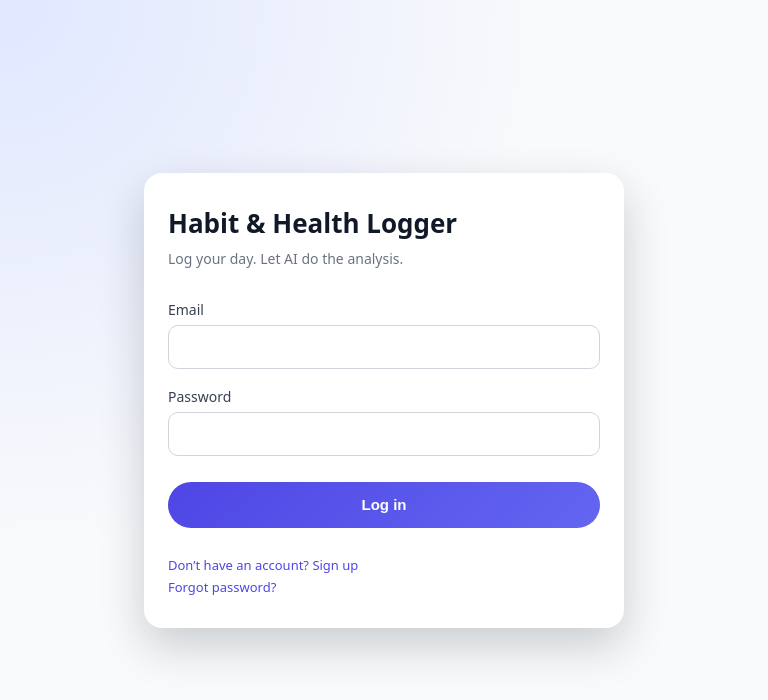
Repository: rawanwehbe6/habit-health-logger
Page: HHL-client/index.html
An editor plug-in stored every save of this project. The page is shown before and after the next save, followed by the edit.
The browser window is 768 px wide. The pictures show the whole page.

Above is the page before, as saved 2025-11-15 23:53:13.

After the next save:
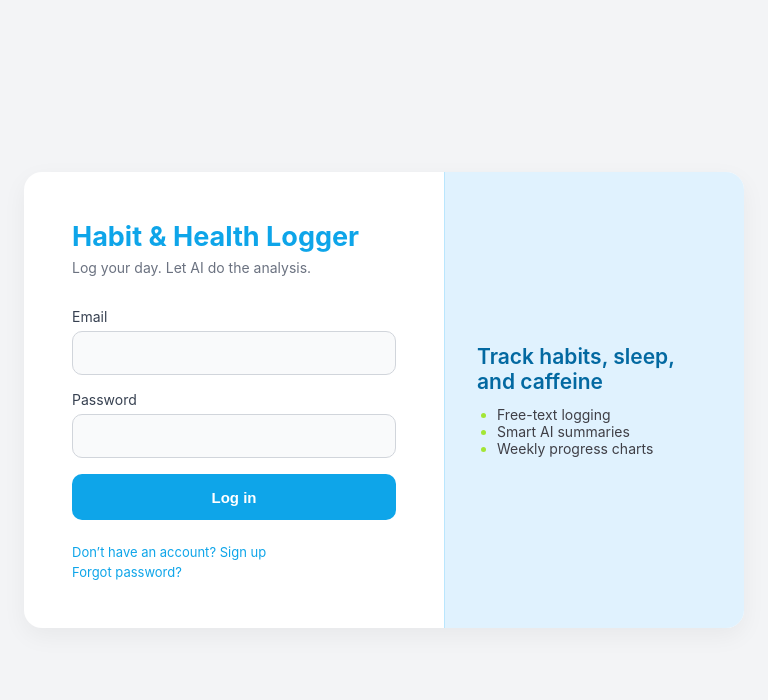
Saved 58 s later.
--- a/HHL-client/assets/css/style.css
+++ b/HHL-client/assets/css/style.css
@@ -1,4 +1,6 @@
-/* 1. Reset-ish & base */
+/* ---------------------------------------------------
+   Base reset & typography
+---------------------------------------------------*/
 
 *,
 *::before,
@@ -8,16 +10,18 @@
 
 body {
   margin: 0;
-  font-family: system-ui, -apple-system, BlinkMacSystemFont, "Segoe UI",
-    sans-serif;
-  color: #111827;
+  font-family: Inter, system-ui, sans-serif;
+  background: #F3F4F6; /* light cool gray */
+  color: #1F2937; /* deep slate */
+  -webkit-font-smoothing: antialiased;
 }
 
-/* 2. Auth layout */
+/* ---------------------------------------------------
+   Auth layout
+---------------------------------------------------*/
 
 .auth-body {
   min-height: 100vh;
-  background: radial-gradient(circle at top left, #e0e7ff 0, #f9fafb 50%);
   display: flex;
   align-items: center;
   justify-content: center;
@@ -26,31 +30,34 @@ body {
 
 .auth-layout {
   width: 100%;
-  max-width: 960px;
-  background: #ffffff;
+  max-width: 880px;
+  background: #FFFFFF;
+  display: flex;
   border-radius: 18px;
-  box-shadow: 0 18px 45px rgba(15, 23, 42, 0.2);
-  display: grid;
-  grid-template-columns: minmax(0, 1.1fr) minmax(0, 0.9fr);
   overflow: hidden;
+  box-shadow: 0 8px 24px rgba(0, 0, 0, 0.05);
 }
 
-/* 3. Auth card (left) */
+/* ---------------------------------------------------
+   Left Login Card
+---------------------------------------------------*/
 
 .auth-card {
-  padding: 40px 48px;
+  flex: 1;
+  padding: 48px;
 }
 
 .app-title {
-  margin: 0 0 8px;
-  font-size: 26px;
+  margin: 0;
+  font-size: 27px;
   font-weight: 700;
+  color: #0EA5E9; /* refreshing teal */
 }
 
 .app-subtitle {
-  margin: 0 0 32px;
+  margin: 6px 0 32px 0;
   font-size: 14px;
-  color: #6b7280;
+  color: #6B7280;
 }
 
 /* Form */
@@ -58,7 +65,7 @@ body {
 .auth-form {
   display: flex;
   flex-direction: column;
-  gap: 18px;
+  gap: 16px;
 }
 
 .form-group {
@@ -76,48 +83,44 @@ body {
   height: 44px;
   padding: 0 12px;
   border-radius: 10px;
-  border: 1px solid #d1d5db;
   font-size: 14px;
-  outline: none;
-  transition: border-color 0.15s ease, box-shadow 0.15s ease;
+  border: 1px solid #D1D5DB;
+  background: #F9FAFB;
+  transition: border-color 0.15s ease, background 0.15s ease;
 }
 
 .form-group input:focus {
-  border-color: #4f46e5;
-  box-shadow: 0 0 0 1px rgba(79, 70, 229, 0.3);
+  border-color: #0EA5E9;
+  background: #FFFFFF;
+  outline: none;
 }
 
 /* Button */
 
 .btn-primary {
-  margin-top: 8px;
   height: 46px;
   border: none;
-  border-radius: 999px;
-  background: linear-gradient(135deg, #4f46e5, #6366f1);
+  border-radius: 10px;
+  background: #0EA5E9; /* teal */
   color: #ffffff;
+  font-size: 15px;
   font-weight: 600;
-  font-size: 15px;
   cursor: pointer;
-  transition: transform 0.12s ease, box-shadow 0.12s ease,
-    filter 0.12s ease;
+  transition: background 0.15s ease, transform 0.12s ease;
 }
 
 .btn-primary:hover {
-  filter: brightness(1.03);
-  box-shadow: 0 12px 24px rgba(79, 70, 229, 0.35);
-  transform: translateY(-1px);
+  background: #0284C7; /* darker teal */
 }
 
 .btn-primary:active {
-  transform: translateY(0);
-  box-shadow: none;
+  transform: scale(0.98);
 }
 
-/* Links under form */
+/* Links */
 
 .auth-links {
-  margin-top: 10px;
+  margin-top: 8px;
   display: flex;
   flex-direction: column;
   gap: 4px;
@@ -125,7 +128,7 @@ body {
 }
 
 .auth-link {
-  color: #4f46e5;
+  color: #0EA5E9;
   text-decoration: none;
 }
 
@@ -133,43 +136,38 @@ body {
   text-decoration: underline;
 }
 
-/* 4. Right side panel */
+/* ---------------------------------------------------
+   Right Panel
+---------------------------------------------------*/
 
 .auth-side {
-  padding: 40px;
-  background: linear-gradient(135deg, #111827, #1f2937);
-  color: #e5e7eb;
+  width: 300px;
+  padding: 40px 32px;
+  background: #E0F2FE; /* light sky-teal tint */
+  border-left: 1px solid #BAE6FD;
   display: flex;
   flex-direction: column;
   justify-content: center;
-  gap: 16px;
+  gap: 12px;
 }
 
 .auth-side h2 {
-  margin: 0 0 8px;
-  font-size: 22px;
+  margin: 0;
+  font-size: 21px;
+  font-weight: 600;
+  color: #0369A1;
 }
 
 .auth-side ul {
   margin: 0;
-  padding-left: 18px;
+  padding-left: 20px;
+  color: #3F3F46;
   font-size: 14px;
-  color: #d1d5db;
 }
 
-/* 5. Responsive */
+/* Accent dots or highlights */
+.auth-side li::marker {
+  color: #A3E635; /* soft lime accent */
+}
 
-@media (max-width: 900px) {
-  .auth-layout {
-    max-width: 480px;
-    grid-template-columns: 1fr;
-  }
-
-  .auth-side {
-    display: none;
-  }
-
-  .auth-card {
-    padding: 32px 24px;
-  }
-}
+/* ---------------------------------*
